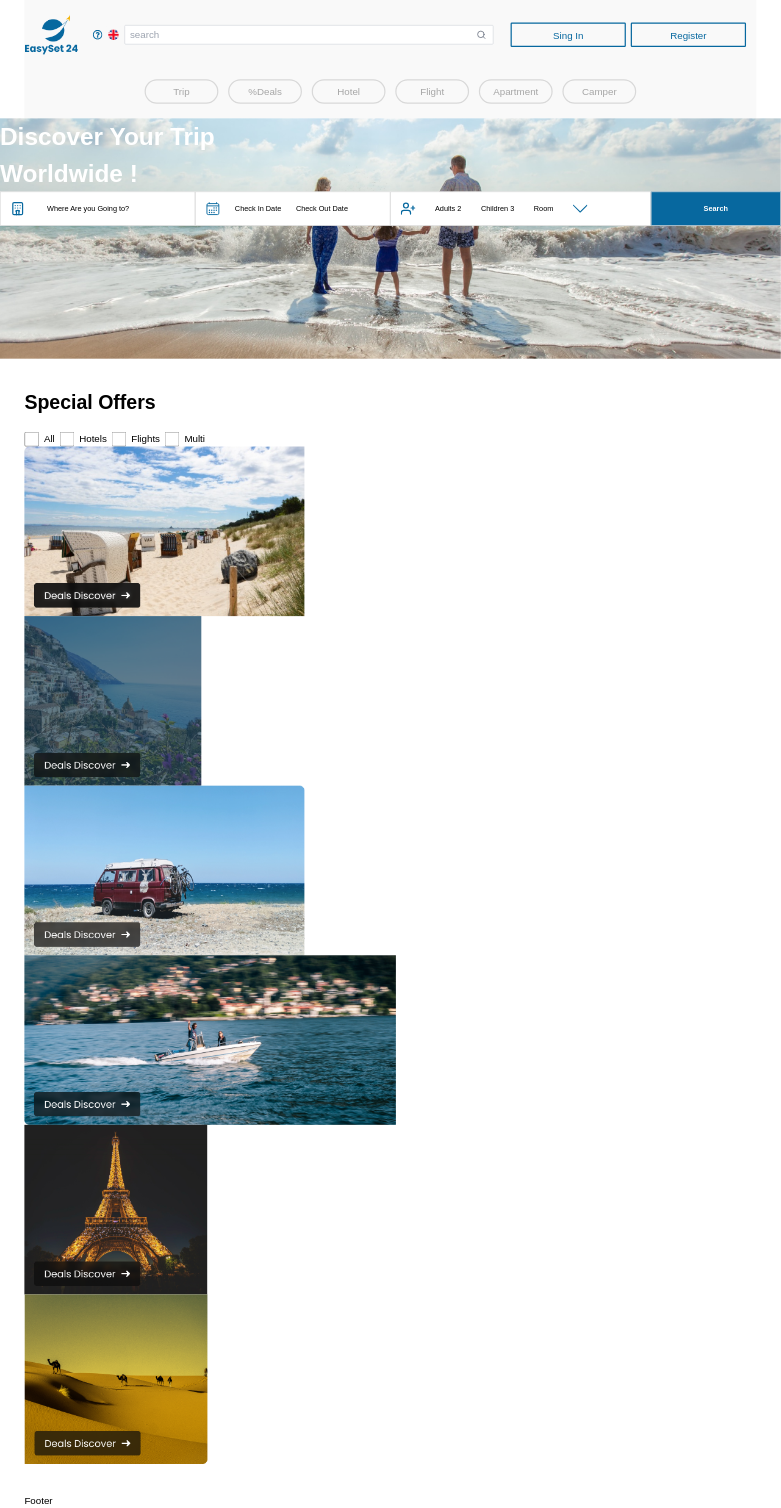
Repository: Quynhhuong150322/DIKO_STUDY_TRAVEL_WEB
Page: /
These files come from the project's save history. The page is drawn as it stood at one moment and after the next save; the edit follows.
The browser window is 1280 px wide. The pictures show the whole page, at 61% of full size.
The project was rebuilt for these pictures with package versions that can differ from the ones it lists, and the page was loaded fresh each time. Also part of the build but not shown: src/components/Login.js, src/components/Register.js. Imported but missing from the stored project, and not drawn on this page: src/redux/slices/authSlice.

Above is the page before, as saved 2024-02-23 10:31:42.

### src/index.css
@tailwind base;
@tailwind components;
@tailwind utilities;

@import url("https://fonts.googleapis.com/css2?family=Poppins:wght@100;300;400;500;600&display=swap");

@layer base {
  html {
    font-family: "Poppins", sans-serif;
  }
  * {
    margin: 0;
    padding: 0;
    box-sizing: border-box;
    scroll-behavior: smooth;
    /* background-color: #F9F9F9; */
  }
}

@layer components {
  .max-container {
    max-width: 1260px;
    /* min-height: 100vh; */
    margin: 0 auto;
    padding: 0 30px;
    /* display: flex; */
    /* flex-direction: column; */
    justify-content: space-between;
  }
  .button {
    width: 189px;
    height: 40px;
    border-style: solid;
    border-width: 2px;
    border-color: #07689F;
    color: #07689F;
  }
  .tabMenu {
    width: 121px;
    height: 40px;
    color: #D9D9D9;
    border-style: solid;
    border-width: 2px;
    border-color: #D9D9D9;
    color: #D9D9D9;
    border-radius: 9999px;
  }
  .tabSearch {
    /* max-width: 1190px; */
    height: 56px;
    border-style: solid;
    border-width: 1px;
    border-color: #D9D9D9;
    padding: 0 16px;
    font-size: 12px;
  }

}

### src/App.js
import React from "react";
import Navbar from "./components/Navbar";
import Footer from "./components/Footer";
import AppRoutes from "./routes/AppRoutes";
import { BrowserRouter as Router } from "react-router-dom";

const App = () => {
  return (
    <Router>
      <div className="">
        <div className="max-container">
          <Navbar />
        </div>
        <div>
          <AppRoutes />
        </div>
        <div className="max-container">
          <Footer />
        </div>
      </div>
    </Router>
  );
};

export default App;

### src/redux/store.js
import { configureStore } from "@reduxjs/toolkit";
import authReducer from "./slices/authSlice";

export const store = configureStore({
  reducer: {
    users: authReducer,
  },
});

### src/components/Navbar.js
import React from 'react'
import Logo from '../assets/images/Header/Logo.png'
import EL from '../assets/images/Header/England.png'
import { FaRegQuestionCircle } from "react-icons/fa";
import { LuSearch } from "react-icons/lu";

const MenuData = [
    {
        id: 1,
        name: 'Trip',
    },
    {
        id: 2,
        name: '%Deals',
    },
    {
        id: 3,
        name: 'Hotel',
    },
    {
        id: 4,
        name: 'Flight',
    },
    {
        id: 5,
        name: 'Apartment',
    },
    {
        id: 6,
        name: 'Camper',
    },
]

const Navbar = () => {
    return (
        <div className='bg-neutral py-[24px]'>
            <div className="flex flex-col gap-10">
                {/* Header Section  */}
                <div className='flex gap-2 items-center'>
                    <img src={Logo} alt="" />
                    <div className='flex gap-7 items-center'>
                        <div className="flex gap-1 items-center">
                            <FaRegQuestionCircle className='text-primary' />
                            <img src={EL} alt="" className='w-7 h-7' />
                            {/* Search  */}
                            <div className="relative flex items-center">
                                <input
                                    type="text"
                                    placeholder="search"
                                    className="w-[605px] h-[32px] rounded-sm border border-gray-300 px-2 py-1 focus:outline-none focus:border-1 focus:border-primary"
                                />
                                <LuSearch className="text-gray-500 group-hover:text-primary absolute top-1/2 -translate-y-1/2 right-3 cursor-pointer" />
                            </div>
                        </div>
                        <div className='flex gap-2 items-center'>
                            <button className='button border-primary bg-neutral hover:scale-105 py-2 px-4 rounded-sm'>
                                Sing In
                            </button>
                            <button className='button border-primary bg-neutral hover:scale-105 py-2 px-4 rounded-sm'>
                                Register
                            </button>
                        </div>
                    </div>
                    <div>
                    </div>
                </div>
                {/* Upper Nav  */}
                <div className=''>
                    <div className=' '>
                        <ul className='flex justify-center gap-4'>
                            {
                                MenuData.map((data) => (
                                    <button key={data.id} className='text-pri tabMenu focus:bg-primary focus:text-white focus:font-bold focus:border-primary inline-block hover:text-primary' >
                                        {data.name}
                                    </button>
                                ))
                            }
                        </ul>
                    </div>
                </div>
            </div>
        </div>
    )
}

export default Navbar

### src/routes/AppRoutes.js
import React from "react";
import { Switch, Route } from "react-router-dom";
import Login from "../components/Login";
import Register from "../components/Register";
import Langding from "../pages/LangdingPage/Langding";
const AppRoutes = () => {
  return (
    <div>
      <Switch>
        <Route path="/login">
          <Login />
        </Route>
        <Route path="/register">
          <Register />
        </Route>
        <Route path="/" exact>
          <Langding />
        </Route>
        <Route path="*">
          <div className="">404 not Error...</div>
        </Route>
      </Switch>
    </div>
  );
};

export default AppRoutes;

### src/pages/LangdingPage/Langding.js
import React from 'react'
import Picture from '../../assets/images/LangdingPage/Picture.png'
import { LuHotel } from "react-icons/lu";
import { IoCalendarOutline } from "react-icons/io5";
import { SlArrowDown } from "react-icons/sl";
import { FiUserPlus } from "react-icons/fi";
import Img1 from "../../assets/images/LangdingPage/SpecialOffers/Photo 1.png";
import Img2 from "../../assets/images/LangdingPage/SpecialOffers/Photo 2.png"
import Img3 from "../../assets/images/LangdingPage/SpecialOffers/Photo 3.png"
import Img4 from "../../assets/images/LangdingPage/SpecialOffers/Photo 4.png"
import Img5 from "../../assets/images/LangdingPage/SpecialOffers/Photo 5.png"
import Img6 from "../../assets/images/LangdingPage/SpecialOffers/Photo 6.png"


const BannerImg = {
  backgroundImage: `url(${Picture})`,
  backgroundPosition: "center",
  backgroundRepeat: "no-repeat",
  backgroundSize: "cover",
  height: "394px",
  width: "100%",
};
const ListMenu = [
  {
    id: 1,
    name: "All",
  },
  {
    id: 2,
    name: "Hotels",
  },
  {
    id: 3,
    name: "Flights",
  },
  {
    id: 4,
    name: "Multi",
  }
]

const ListImage = [
  {
    id: 1,
    img: Img1,
  },
  {
    id: 2,
    img: Img2,
  },
  {
    id: 3,
    img: Img3,
  },
  {
    id: 4,
    img: Img4,
  },
  {
    id: 5,
    img: Img5,
  },
  {
    id: 6,
    img: Img6,
  },
]


const Langding = () => {
  return (
    <div >
      {/* Discover Trip  */}
      <div className=' background ' style={BannerImg}>
        <div className=' '>
          <h1 className='text-3xl w-1/3 font-bold text-white bg-opacity-0'>
            Discover Your Trip Worldwide !
          </h1>
          <div class="flex flex-row  bg-white">
            <div class="basis-1/4 tabSearch flex gap-9 items-center">
              <LuHotel className='text-primary' size={24} />
              <p className=''>
                Where Are you Going to?
              </p>
            </div>
            <div class="basis-1/4 tabSearch flex gap-6 items-center">
              <IoCalendarOutline size={24} className='text-primary' />
              <p className=''>
                Check In Date
              </p>
              <p className=''>
                Check Out Date
              </p>
            </div>
            <div class="basis-1/3 tabSearch flex gap-8 items-center">
              <FiUserPlus size={24} className='text-primary' />
              <p className=''>
                Adults 2
              </p>
              <p className=''>
                Children 3
              </p>
              <p className=''>
                Room
              </p>
              <SlArrowDown size={24} className='text-primary' />
            </div>
            <div class="basis-1/6  tabSearch bg-primary flex justify-center items-center">
              <p className='font-bold text-white'>Search</p>
            </div>
          </div>
        </div>
      </div>
      {/* Special Offers */}
      <div className='max-container py-12'>
        {/* checkbox  */}
        <div className='flex flex-col gap-6'>
          <h2 className='text-2xl font-bold'>Special Offers</h2>
          <div className='flex '>
            <div className='flex justify-center items-center gap-2'>
              {
                ListMenu.map((data) => (
                  <><input
                    type="checkbox"
                    className="w-[24px] h-[24px] border border-gray-300 px-2 py-1 focus:outline-none focus:border-1 focus:border-primary" />
                    <label for="checkbox" className='text-base'>{data.name}</label>
                  </>
                ))
              }
            </div>
          </div>
        </div>
        {/* image  */}
        <div>
          <div>
            {
              ListImage.map((data) => (
                <img src={data.img} alt="" />
              ))
            }
          </div>
        </div>
      </div>
    </div >
  )
}

export default Langding

### tailwind.config.js
/** @type {import('tailwindcss').Config} */
module.exports = {
  content: ["./src/**/*.{js,jsx,ts,tsx}"],
  theme: {
    extend: {
      colors: {
        primary: "#07689F",
        secondary: "#D9D9D9",
        neutral: "#F9F9F9",
        pri: "#A6A6A6",
      },
      fontSize: {
        sm: '12px',
        base: '16px',
        xl: '20px',
        '2xl': '32px',
        '3xl': '40px',
        '4xl': '44px',
        // '5xl': '3.052rem',
      },
    },
  },
  plugins: [],
};

Loaded but not shown: public/index.html (common file); src/index.js (common file); src/reportWebVitals.js (common file); src/components/Footer.js (common file)

After the next save:
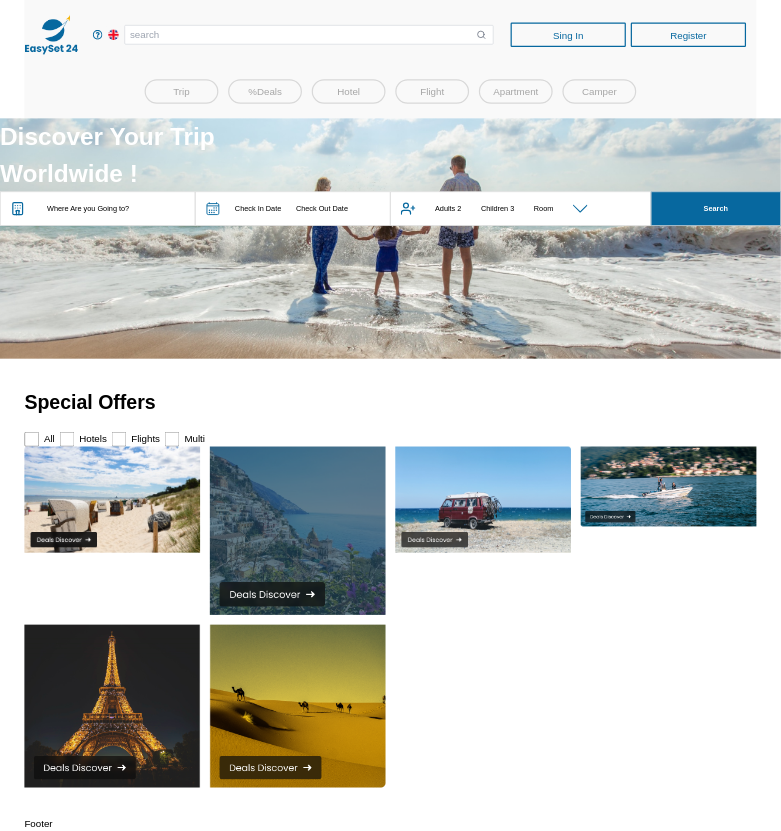
Saved 49 s later.
--- a/src/pages/LangdingPage/Langding.js
+++ b/src/pages/LangdingPage/Langding.js
@@ -132,7 +132,7 @@ const Langding = () => {
         </div>
         {/* image  */}
         <div>
-          <div>
+          <div className='grid grid-cols-4 gap-4'>
             {
               ListImage.map((data) => (
                 <img src={data.img} alt="" />
